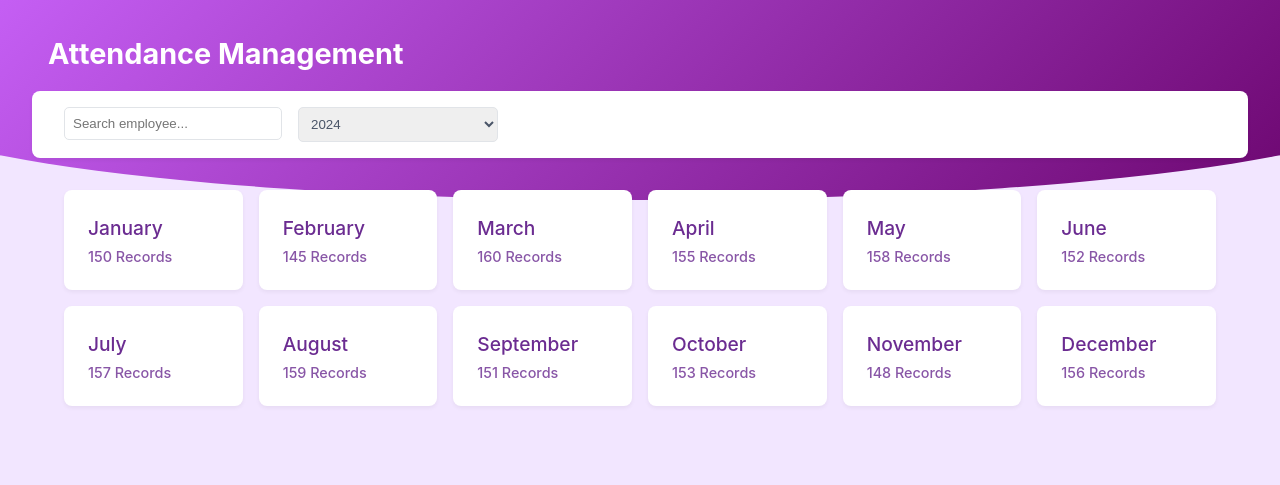
Repository: nino-pixel/payrolllatest
Page: /attendance (app in web_vue/)
These files come from the project's save history. The page is drawn as it stood at one moment and after the next save; the edit follows.
The browser window is 1280 px wide. The pictures show the whole page.
The project was rebuilt for these pictures with package versions that can differ from the ones it lists, and the page was loaded fresh each time. Also part of the build but not shown: web_vue/vite.config.js, web_vue/src/components/login_page.vue, web_vue/src/components/sign_up.vue, web_vue/src/components/dashboard.vue, web_vue/src/components/employee_management.vue, web_vue/src/components/generate_payroll.vue.

Above is the page before, as saved 2024-12-19 01:23:43.

After the next save:
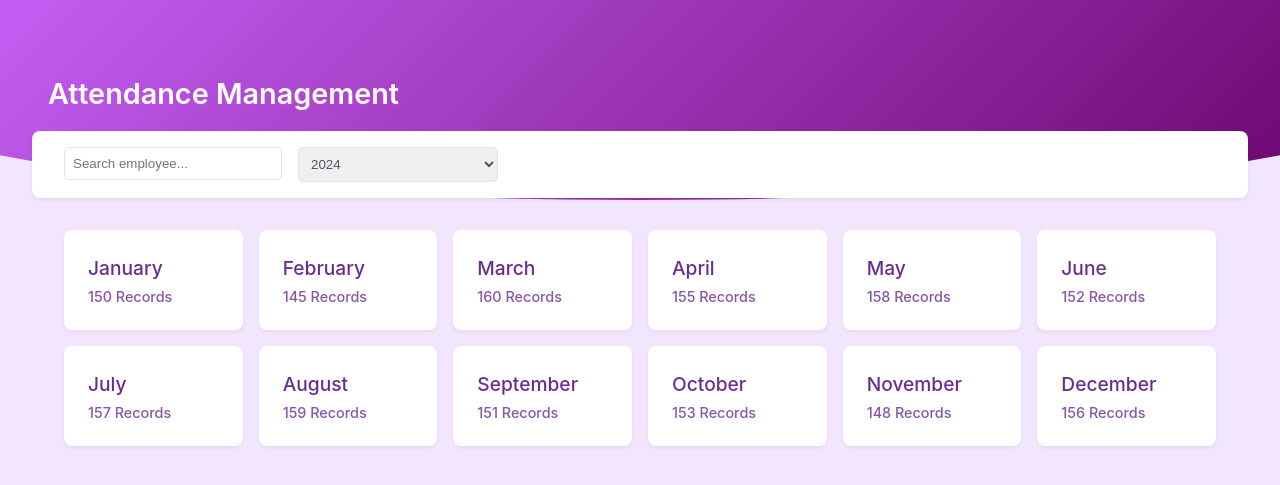
Saved 13 s later.
--- a/web_vue/src/components/attendance_management.vue
+++ b/web_vue/src/components/attendance_management.vue
@@ -323,7 +323,18 @@
     align-items: center;
     padding: 1rem 2rem;
   }
-
+  h1 {
+  padding-top: 40px;
+  margin-top: 0;
+  color: #660066;
+  text-align: center;
+  position: relative;
+  z-index: 1;
+  margin-bottom: 40px;
+  font-size: 2.5em;
+  font-weight: 600;
+  text-shadow: 0 2px 4px rgba(204, 102, 255, 0.2);
+}
   .header-section h1 {
     color: white;
     font-size: 1.8rem;
